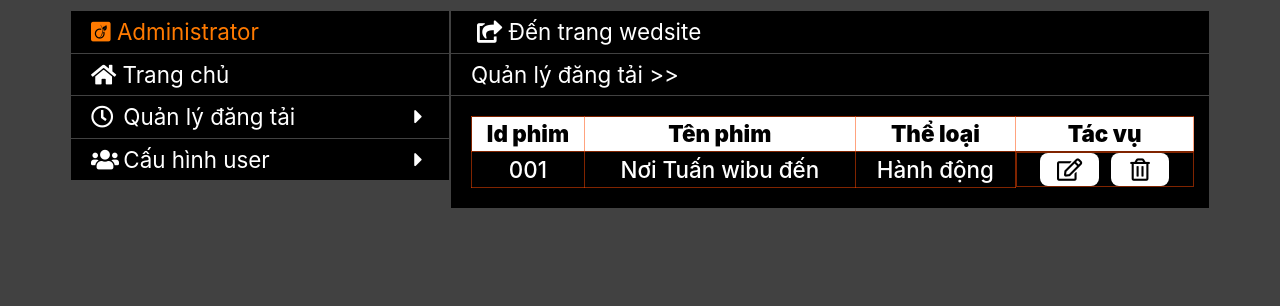
Repository: SonNguyen892002/Lau-Dai-Code
Page: http://localhost/wed-jdbc-1-2023/views/admin/qlphim.jsp
An editor plug-in stored every save of this project. The page is shown before and after the next save, followed by the edit.
The browser window is 1280 px wide. The pictures show the whole page.
The page is served by Tomcat 9. Nobody is signed in. The application's start-up code is not run. Other server files are loaded and not shown.

Above is the page before, as saved 2022-01-15 11:23:18.
Console error: SyntaxError: Invalid or unexpected token

### workspace/wed-jdbc-1-2023/src/main/webapp/views/admin/qlphim.jsp
<%@ page language="java" contentType="text/html; charset=UTF-8"
    pageEncoding="UTF-8"%>
<%@ include file="header.jsp" %>

<table class="mt mb ">
	<tr>
		<td>Id phim</td>
		<td>Tên phim</td>
		<td>Thể loại</td>
		<td>Tác vụ</td>
	</tr>

	<tr>
		<th>001</th>
		<th>Nơi Tuấn wibu đến</th>
		<th>Hành động</th>
		<th class="row m0 center"><a href="#"
			class="col-xl-4 col-lg-4 col-sm-4 col-4 backgr"><i
				class="far fa-edit"></i></a> <a href="#"
			class="col-xl-4 col-lg-4 col-sm-4 col-4 backgr"><i
				class="far fa-trash-alt"></i></a></th>
	</tr>

</table>

<script>
	const btnA = document.querySelector('.t');
	document.querySelector('#menu').classList.remove('off');
	document.querySelector('#menu .l').classList.add('active');
	document.querySelector('.a').classList.add('down');'

	btnA.innerHTML = "Quản lý đăng tải >> quản lý phim";
</script>

<%@ include file="footer.jsp" %>

### workspace/wed-jdbc-1-2023/src/main/webapp/views/admin/header.jsp
<%@ page language="java" contentType="text/html; charset=UTF-8"
    pageEncoding="UTF-8"%>
<!DOCTYPE html>
<html>
<head>
    <meta charset="UTF-8">
    <title>admin</title>
    <link rel="stylesheet" href="./styleadmin.css">
    <link rel="stylesheet" href="../fontawesome-free-5.15.3-web/css/all.min.css">
    <link rel="stylesheet" href="https://cdn.jsdelivr.net/npm/bootstrap@4.6.1/dist/css/bootstrap.min.css">
</head>
<body>

    <div class="container mb">
        <div class="row">

            <div class="col-xl-4 p0">

                <div class="black p2 sz">
                    <i class="fab fa-viadeo-square"></i>
                    Administrator
                </div>

                <div class="black p2">
                    <i class="fas fa-home"></i>
                    Trang chủ
                </div>

                <!-- QUẢN LÝ ĐĂNG TẢI -->
                <div class="black p2">
                    <div id="btn" onclick="Button()" class="row">
                        <div class="col-xl-1">
                            <i class="far fa-clock"></i>
                        </div>

                        <div class="col-xl-9">
                            <span>
                                Quản lý đăng tải
                            </span>
                        </div>

                        <div class="col-xl-2">
                            <span class="a">
                                <i class="fas fa-caret-right"></i>
                            </span>
                        </div>
                    </div>

                    <div id="menu" class="off">
                        <a href="./dangtaiphim.jsp" class="black p2">
                            <i class="fas fa-angle-right"></i>
                            <span>Đăng tải phim</span>
                        </a>

                        <a href="./qlphim.jsp" class="black p2 l">
                            <i class="fas fa-angle-right"></i>
                            <span>Quản lý phim</span>
                        </a>
                    </div>
                </div>

                <!-- CẤU HÌNH USER -->
                <div class="black p2">
                    <div id="btn" onclick="Button1()" class="row">
                        <div class="col-xl-1 col-lg-1 col-sm-1 col-1">
                            <i class="fas fa-users"></i>
                        </div>

                        <div class="col-xl-9 col-lg-9 col-sm-9 col-9">
                            <span>
                                Cấu hình user
                            </span>
                        </div>

                        <div class="col-xl-2 col-lg-2 col-sm-2 col-2">
                            <span class="a1">
                                <i class="fas fa-caret-right"></i>
                            </span>
                        </div>
                    </div>

                    <div id="menu1" class="off">
                        <a href="./tkadmin.jsp" class="black p2">
                            <i class="fas fa-angle-right"></i>
                            <span>Tài khoản admin</span>
                        </a>

                        <a href="./phanquyen.jsp" class="black p2 k">
                            <i class="fas fa-angle-right"></i>
                            <span>Phân quyền</span>
                        </a>

                        <a href="./qluser.jsp" class="black p2 j">
                            <i class="fas fa-angle-right"></i>
                            <span>Quản lý user</span>
                        </a>
                    </div>
                </div>

            </div>

            <div class="col-xl-8 p0">

                <div class="black p2">
                    <a href="#">
                        <i class="fas fa-share-square"></i>
                        Đến trang wedsite
                    </a>
                </div>

                <div class="black p2">
                    <span class="t">Quản lý đăng tải >></span>
                </div>

                <div class="black p2">

### workspace/wed-jdbc-1-2023/src/main/webapp/views/admin/footer.jsp
</div>
            </div>
        </div>

    </div>

    <script>
        const navMenu = document.querySelector('#menu');
        const navMenu1 = document.querySelector('#menu1');
        const navDown = document.querySelector('.a');
        const navDown1 = document.querySelector('.a1');

        function Button() {
            navMenu.classList.toggle('off');
            navDown.classList.toggle('down');
        }

        function Button1() {
            navMenu1.classList.toggle('off');
            navDown1.classList.toggle('down');
        }
    </script>

</body>
</html>

### workspace/wed-jdbc-1-2023/src/main/webapp/decorators/admin/styleadmin.css
:root{
    --color-orange: #FF7A00;
    --color-white: rgb(255, 255, 255);
    --background-black: #000;
}

*{
    padding: 0;
    margin: 0;
    box-sizing: border-box;
}

body{
    background-color: #414141 !important;
    font-size: 62.5%;
    font-family: 'Lato', sans-serif;
}

a{
    color: var(--color-white) !important;
    display: block;
    margin: 0 6px;
    transition: 0.2s;
}

.white{
    background-color: var(--color-white);
    color:rgb(73, 22, 22);
    padding: 6px 16px;
}

.backgr{
    background-color: var(--color-white);
    color:#000 !important;
    border-radius: 8px;
}

.backgr:hover{
    background-color: var(--color-orange);
    color:#fff !important;
}

.p3{
    padding: 2px 6px !important;
}

.p4{
    padding: 0 0 0 6px !important;
}

#btn:hover,
a:hover{
    text-decoration: none !important;
    color: var(--color-orange) !important;
    cursor: pointer;
}

.container{
    margin-top: 10px;
}

.black{
    background-color: var(--background-black);
    color: var(--color-white);
    font-size: 1.4rem;
}

.p0{
    padding: 0 !important;
}

.p2{
    padding: 4px 0 4px 20px;
    margin: 1px !important;
}

.mt{
    margin-top: 16px;
}

.m0{
    margin: 0 !important;
}

.mb{
    margin-bottom: 16px;
}

.mr{
    margin-right: 16px;
}

.sz{
    color: var(--color-orange);
}

.off{
    display: none;
}

.down{
    transform:rotate(90deg);
    display: inline-block;
}

.active{
    color: var(--color-orange) !important;
}

.border{
    border: 1px solid #fff;
}

.border input{
    font-size:1rem;
}

h5{
    transform: translateY(30%);
}

select{
    width: 100%;
    background-color: transparent;
    transform: translateY(14%);
    color: #fff;
    outline: none;
    border: none;
}

select option{
    color: #000;
}

input[type="text"],
input[type="password"],
textarea {
    width: 100%;
    background-color: transparent;
    border: 1px solid #fff;
    color: #fff;
    outline: none;
    padding: 6px 0 6px 20px;
    font-size:1.2rem;
}

input[type="text"]::placeholder{
    color: rgba(255, 255, 255, 0.404);
}

input[type="button"],
input[type="reset"]{
    width: 94%;
    color: var(--color-white);
    background-color: var(--color-orange);
    border-radius:10px;
    outline: none;
    border: none;
}

input[type="checkbox"]{
    transform: translateY(18%);
    width: 26px;
    height: 26px;
}

.ct,
td,th{
    text-align: center !important;
}

.center{
    justify-content: center;
}

table{
    width: 98%;
}

th{
    border: 1px solid rgba(255, 72, 0, 0.5);
    font-size: 1.4rem;
    font-weight: 500;
}

td{
    background: var(--color-white);
    border: 1px solid rgba(255, 72, 0, 0.5);
    color: #000;
    font-weight: 900;
}

#btnPassword{
    position: relative;
}

#btnPassword i{
    transform: translateY(20%);
}

#btnPassword::before{
    content: "";
    position: absolute;
    top: 46%;
    left: -8%;
    width: 80%;
    height: 2px;
    background: var(--color-white);
    display: block;
    transform:rotate(45deg);
}

.b::before{
    display: none !important;
}

Loaded but not shown: workspace/wed-jdbc-1-2023/src/main/webapp/template/icon/fontawesome-free-5.15.3-web/css/all.min.css (library)

After the next save:
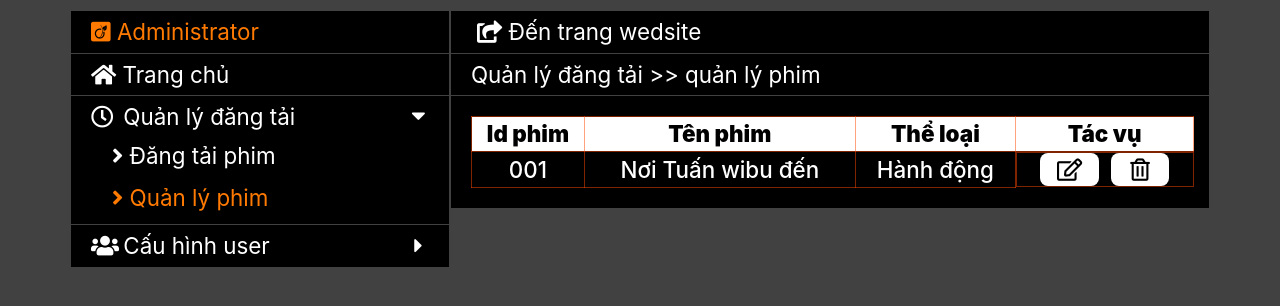
The error is gone.
Saved 30 s later.
--- a/workspace/wed-jdbc-1-2023/src/main/webapp/views/admin/qlphim.jsp
+++ b/workspace/wed-jdbc-1-2023/src/main/webapp/views/admin/qlphim.jsp
@@ -27,7 +27,7 @@
 	const btnA = document.querySelector('.t');
 	document.querySelector('#menu').classList.remove('off');
 	document.querySelector('#menu .l').classList.add('active');
-	document.querySelector('.a').classList.add('down');'
+	document.querySelector('.a').classList.add('down');
 
 	btnA.innerHTML = "Quản lý đăng tải >> quản lý phim";
 </script>
